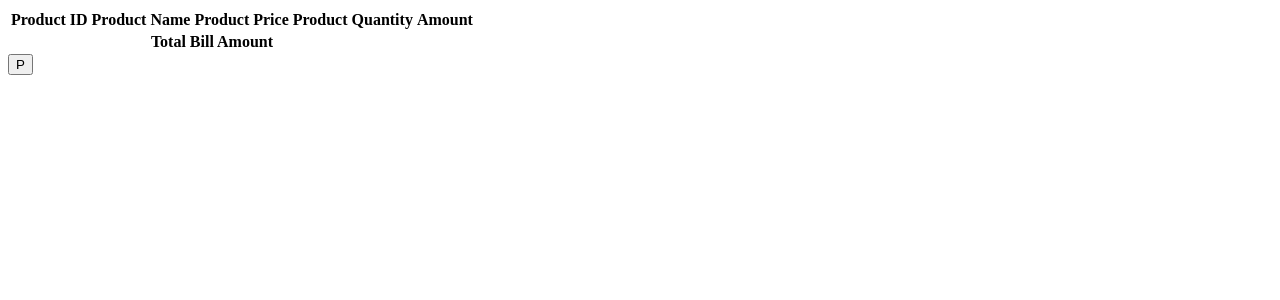
Repository: devgpta19/CDAC-Assignments
Page: http://localhost/ProductsAndUsersUsingJSPAndServlet/showProduct.jsp
These files come from the project's save history. The page is drawn as it stood at one moment and after the next save; the edit follows.
The browser window is 1280 px wide. The pictures show the whole page.
The page is served by Tomcat 9. Other server files are loaded and not shown.

Above is the page before, as saved 2025-11-27 05:27:23.

### Adv.Java/Day6-8/ProductsAndUsersUsingJSPAndServlet/src/main/webapp/showProduct.jsp
<%@ page language="java" contentType="text/html; charset=ISO-8859-1"
	pageEncoding="ISO-8859-1"%>
<%@taglib prefix="c" uri="http://java.sun.com/jsp/jstl/core"%>

<!DOCTYPE html>
<html>
<head>
<meta charset="ISO-8859-1">
<title>Insert title here</title>
</head>
<body>
	<%
	double tamt = 0;
	%>
	<form action="showCart.jsp">
		<table>
			<tr>
				<th>Product ID</th>
				<th>Product Name</th>
				<th>Product Price</th>
				<th>Product Quantity</th>
				<th>Amount</th>
			</tr>
			<c:forEach var="set" items="${ResultSet}">
				<tr>
					<c:set var="amt" value="${set.qty}*${set.price}"></c:set>
					<c:set var="tamt" value="${tamt}+${amt}"></c:set>
					<td>${set.pid}</td>
					<td>${set.pname}</td>
					<td>${set.price}</td>
					<td>${set.qty}</td>
					<td>${amt}</td>
				</tr>
			</c:forEach>
			<tr>
			<th colspan='4'>Total Bill Amount</th>
			<th>${tamt}</th>
			</tr>
		</table>

		<button>P</button>
	</form>
</body>
</html>

After the next save:
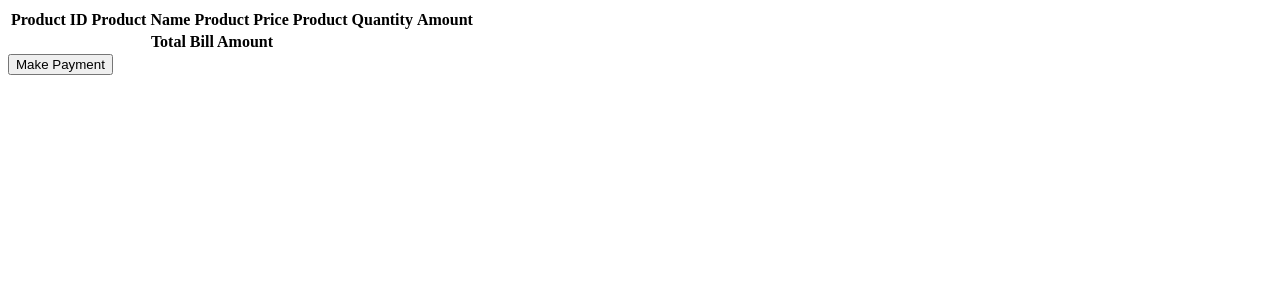
Saved 7 s later.
--- a/Adv.Java/Day6-8/ProductsAndUsersUsingJSPAndServlet/src/main/webapp/showProduct.jsp
+++ b/Adv.Java/Day6-8/ProductsAndUsersUsingJSPAndServlet/src/main/webapp/showProduct.jsp
@@ -38,7 +38,7 @@
 			</tr>
 		</table>
 
-		<button>P</button>
+		<button >Make Payment</button>
 	</form>
 </body>
 </html>
